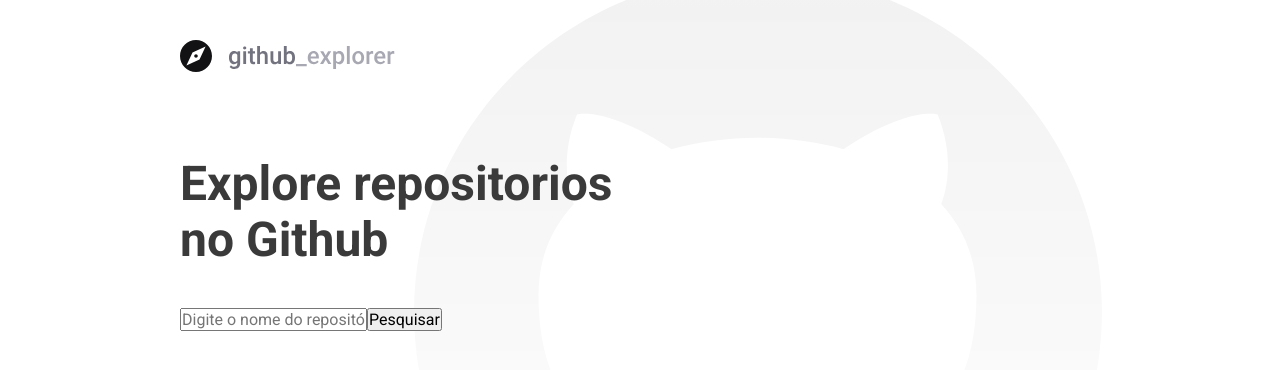
Repository: gutobarbosa/FrontEndLojaVirtual
Page: /
The author's editor kept a copy of each file at every save. The page is drawn from the files as they stood at one save, then again after the next save.
The browser window is 1280 px wide. The pictures show the whole page.
The project was rebuilt for these pictures with package versions that can differ from the ones it lists, and the page was loaded fresh each time. Also part of the build but not shown: src/pages/Repository/index.tsx.

Above is the page before, as saved 2020-09-06 18:58:00.

After the next save:
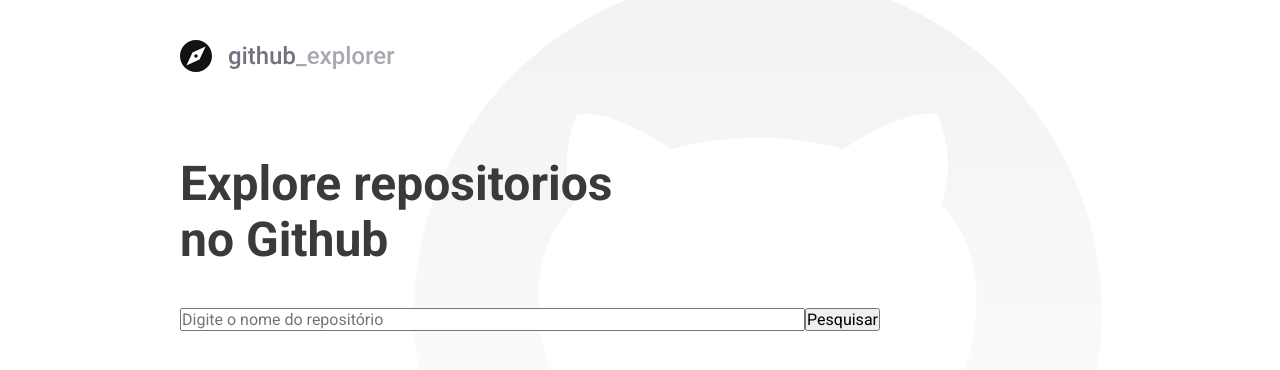
Saved 62 s later.
--- a/src/pages/Dashboard/styles.ts
+++ b/src/pages/Dashboard/styles.ts
@@ -2,17 +2,21 @@
 
 // Template Literals
 export const Title = styled.h1`
-font-size: 48px;
-color: #3A3A3A;
-margin-top: 80px;
-max-width: 450px;
-line-height: 56px;
+    font-size: 48px;
+    color: #3A3A3A;
+    margin-top: 80px;
+    max-width: 450px;
+    line-height: 56px;
 `;
 
 export const Form = styled.form `
-margin-top: 40px;
-max-width:700px;
-display: flex;
+    margin-top: 40px;
+    max-width:700px;
+    display: flex;
+
+    input{
+        flex: 1;
+    }
 
 `;
 
